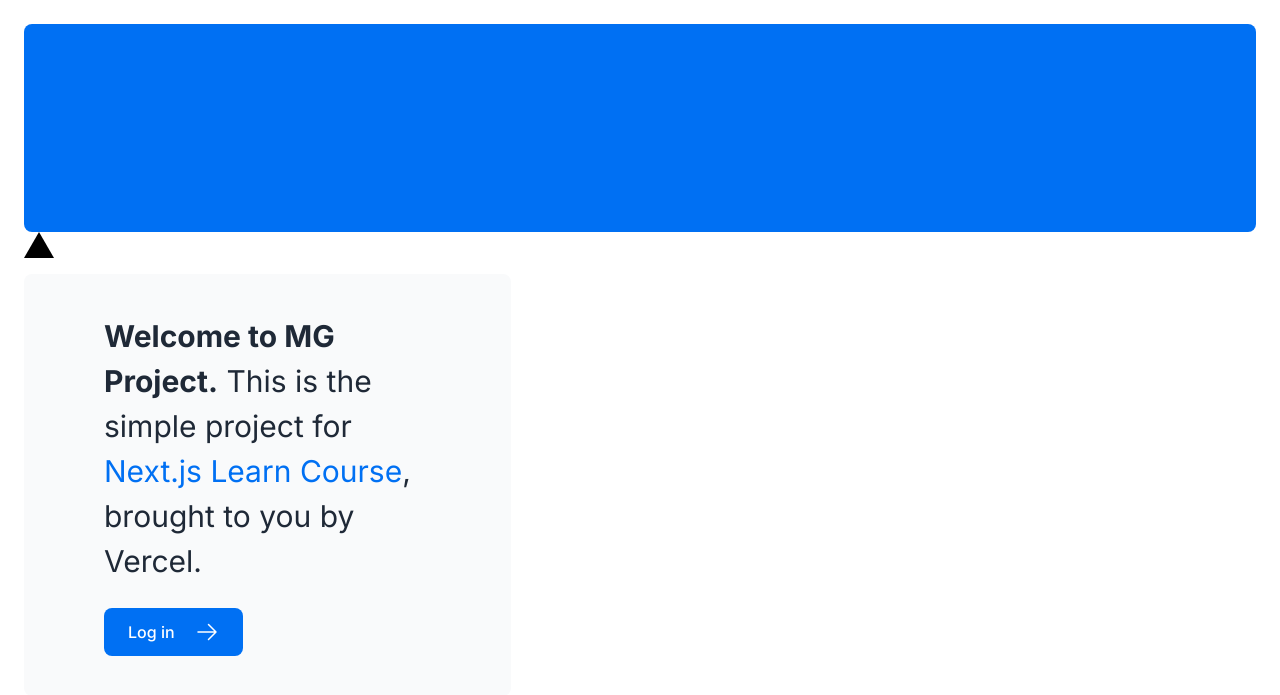
Repository: MikayelGubryan/Financial-dashboard
Page: /
These files come from the project's save history. The page is drawn as it stood at one moment and after the next save; the edit follows.
The browser window is 1280 px wide. The pictures show the whole page.
Some web fonts or font styles are not loaded; a fallback is used. The project was rebuilt for these pictures with package versions that can differ from the ones it lists, and the page was loaded fresh each time. The framework's server and built-in components were replaced by stand-ins that run in the browser. Also part of the build but not shown: next.config.mjs.

Above is the page before, as saved 2024-07-08 22:40:31.

After the next save:
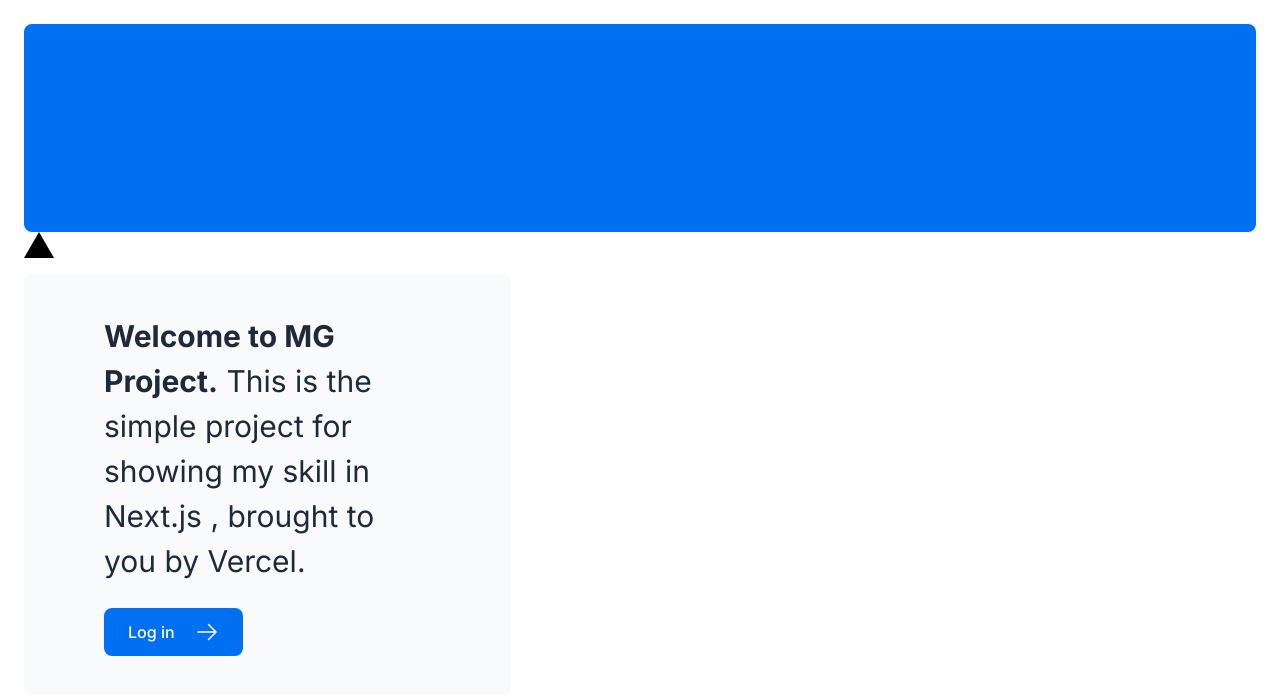
Saved 9 s later.
--- a/app/page.tsx
+++ b/app/page.tsx
@@ -15,10 +15,7 @@
       <div className="mt-4 flex grow flex-col gap-4 md:flex-row">
         <div className="flex flex-col justify-center gap-6 rounded-lg bg-gray-50 px-6 py-10 md:w-2/5 md:px-20">
           <p className={`text-xl text-gray-800 md:text-3xl md:leading-normal`}>
-            <strong>Welcome to MG Project.</strong> This is the simple project for {' '}
-            <a href="https://nextjs.org/learn/" className="text-blue-500">
-              Next.js Learn Course
-            </a>
+            <strong>Welcome to MG Project.</strong> This is the simple project for showing my skill in Next.js
             , brought to you by Vercel.
           </p>
           <Link
